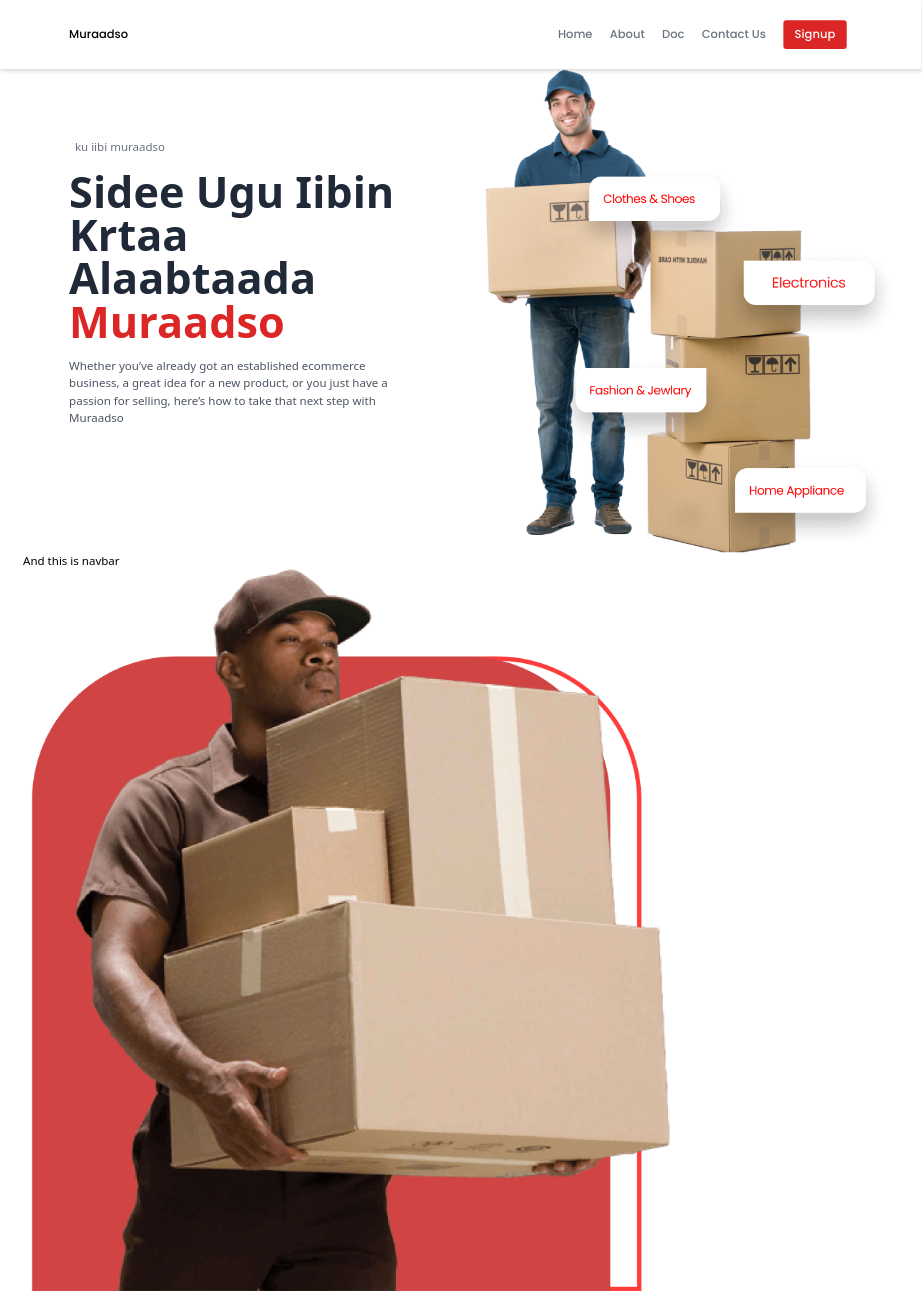
Repository: muraadso/Muraadso-Sellers
Page: /
The author's editor kept a copy of each file at every save. The page is drawn from the files as they stood at one save, then again after the next save.
The browser window is 1280 px wide. The pictures show the whole page, at 72% of full size.
The project was rebuilt for these pictures with package versions that can differ from the ones it lists, and the page was loaded fresh each time. The framework's server and built-in components were replaced by stand-ins that run in the browser. Also part of the build but not shown: next.config.js.

Above is the page before, as saved 2021-12-05 19:32:41.

### pages/_app.js
import '../styles/globals.css'
 import 'tailwindcss/tailwind.css'
import { Layout } from '../components/Layout'


function MyApp({ Component, pageProps }) {
  return (
    <Layout>
      <Component {...pageProps} />
    </Layout>
  )
}

export default MyApp

### pages/index.js
import Head from 'next/head'
import Image from 'next/image'
import Navbar from '../components/Navbar'
import Hero from '../components/Hero'
import About from '../components/About'
import styles from '../styles/Home.module.css'


export default function Home() {
  return (
    <div className={styles.container}>
      <Head>
        <title>Muraadso Sellers</title>
        <meta name="description" content="Generated by create next app" />
        <link rel="icon" href="/favicon.ico" />
      </Head>
      <Hero />
      <About />
    </div>
  )
}

### styles/globals.css
@import url('https://fonts.googleapis.com/css2?family=Lato:ital,wght@0,300;0,400;0,700;0,900;1,700&family=Poppins:wght@200;300;400;500;600;700&display=swap');
html,
body {
  padding: 0;
  margin: 0;
}

a {
  color: inherit;
  text-decoration: none;
}

* {
  box-sizing: border-box;
}


.navbar {
  box-shadow: 2px 1px 7px rgba(0, 0, 0, 0.226);
  font-family: 'Poppins', sans-serif  ;
  font-weight: 500;

}
  .logo{
    font-family: 'Lato', sans-serif;
    font-weight: 700;
    color: rgb(233, 59, 59);
    font-size: 20px ;
  }

.nav{
}





@media screen and  (max-width: 415px){
  .nav{
    display: flex;
    color: blue;
    flex-direction: row;
  }
}




@tailwind base;
@tailwind components;
@tailwind utilities

### components/Layout.js
import Navbar from "./Navbar"
import Footer from "./Footer"

export const Layout = ({children}) => {
    return (
        <div className="layout">
            <Navbar />
                {children}
            <Footer />



        </div>
    )
}

### components/Navbar.jsx
import React, { useState } from "react";
import { HiOutlineMenuAlt2, HiOutlineMenuAlt3 } from "react-icons/hi";



export default function Navbar() {
  const [showNav, setShowNav] = useState(false);

  return (
    <nav className="sticky top-0 z-20 items-center justify-between bg-white px-14 md:px-24 md:py-5 navbar md:flex">
      <div className="flex items-center justify-between">
        <a href="#">
          <h2>Muraadso</h2>
        </a>


        {showNav ? (
          <HiOutlineMenuAlt3
            onClick={() => setShowNav(!showNav)}
            className="block w-10 h-10 p-2 cursor-pointer md:hidden"
          />
        ) : (
          <HiOutlineMenuAlt2
            onClick={() => setShowNav(!showNav)}
            className="block w-10 h-10 p-2 cursor-pointer md:hidden"
          />
        )}
      </div>

      <ul
        className={
          (showNav ? "left-0" : "-left-full") +
          " md:static fixed bottom-0 md:ml-24 top-14 md:flex md:space-x-6 items-center md:bg-transparent bg-white bg-opacity-90 md:w-auto w-10/12 md:text-gray-500 text-gray-800  md:space-y-0 space-y-5 p-2 transition-left nav"
        }
      >
        <a href="#"> Home</a>
        <a href="#"> About</a>
        <a href="#"> Doc</a>
        <a href="#"> Contact Us</a>
      <a className="px-4 py-2 text-white bg-red-600 rounded" href="">Signup</a>
      </ul>
    </nav>
  );
}

























// const Navbar = () => {
//     return (
//         <div>
//      <div className="sticky top-0 z-20 items-center justify-between bg-white md:flex navbar">
//          <a className="logo" href="#">Muraadso</a>
//          <nav className="fixed bottom-0 items-center w-10/12 p-2 space-y-5 text-white bg-gray-500 md:static top-12 md:flex md:space-x-7 md:bg-transparent bg-opacity-90 md:w-auto md:text-gray-500 md:space-y-0 transition-left nav">
//              <a className="hover:text-red-600" href="">Home</a>
//              <a className="hover:text-red-600" href="">About</a>
//              <a className="hover:text-red-600" href="">Doc</a>
//              <a className="hover:text-red-600" href="">Contact Us</a>
//          </nav>
//          <a href="#" className="px-4 py-2 text-white bg-red-600 rounded hover:bg-red-700 signup ">Signup</a>
//      </div>

//         </div>
//     )
// }

// export default Navbar

### components/Hero.jsx
const Hero = () => {
    return (
        <div className="grid grid-cols-2 hero">
                <div className="px-16 py-24 herotxt">
                    <h6 className="px-2 font-medium text-gray-500">ku iibi muraadso</h6>
                    <h1 className="my-5 md:font-bold md:text-gray-800 md:capitalize lg:text-6xl">sidee ugu iibin krtaa <br /> alaabtaada <span className="md:text-red-600">muraadso </span></h1>
                    <p className="text-gray-600" >Whether you’ve already got an established ecommerce business, a great idea for a new product, or you just have a passion for selling, here’s how to take that next step with Muraadso</p>
                </div>
                <div className="heroimg">
                    <img className="w-4/4 "  src="/images/heroimage.png" alt="heroimage" />
                </div>

        </div>
    )
}

export default Hero

### components/About.jsx

const About = () => {
    return (
        <div>
            <h2>And this is navbar</h2>
            <img src="/images/aboutimage.png" className="h-" alt="about image" />
        </div>
    )
}

export default About

### components/Footer.jsx
const Footer = () => {
    return (
        <div>
        </div>
    )
}

export default Footer

### tailwind.config.js
module.exports = {
   purge: ['./pages/**/*.{js,ts,jsx,tsx}', './components/**/*.{js,ts,jsx,tsx}'],
  darkMode: false, // or 'media' or 'class'
  theme: {
    extend: {
      transitionProperty: {
         'left': 'left',
        }
    },

  },
  variants: {
    extend: {},
  },
  plugins: [],
}

Loaded but not shown: styles/Home.module.css (common file)

After the next save:
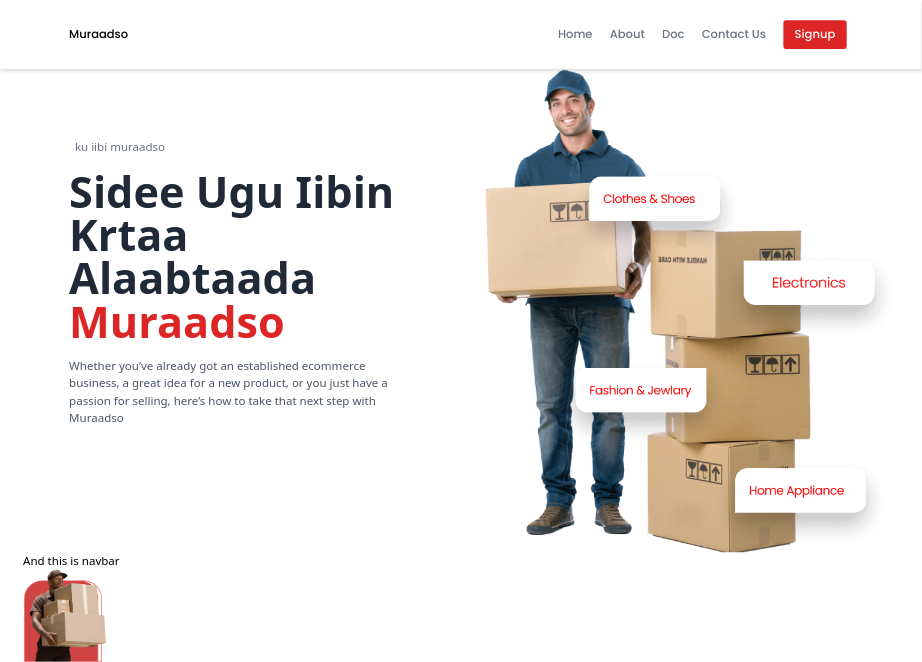
Saved 16 s later.
--- a/components/About.jsx
+++ b/components/About.jsx
@@ -3,7 +3,7 @@
     return (
         <div>
             <h2>And this is navbar</h2>
-            <img src="/images/aboutimage.png" className="h-" alt="about image" />
+            <img src="/images/aboutimage.png" className="h-32" alt="about image" />
         </div>
     )
 }

After the save that followed:
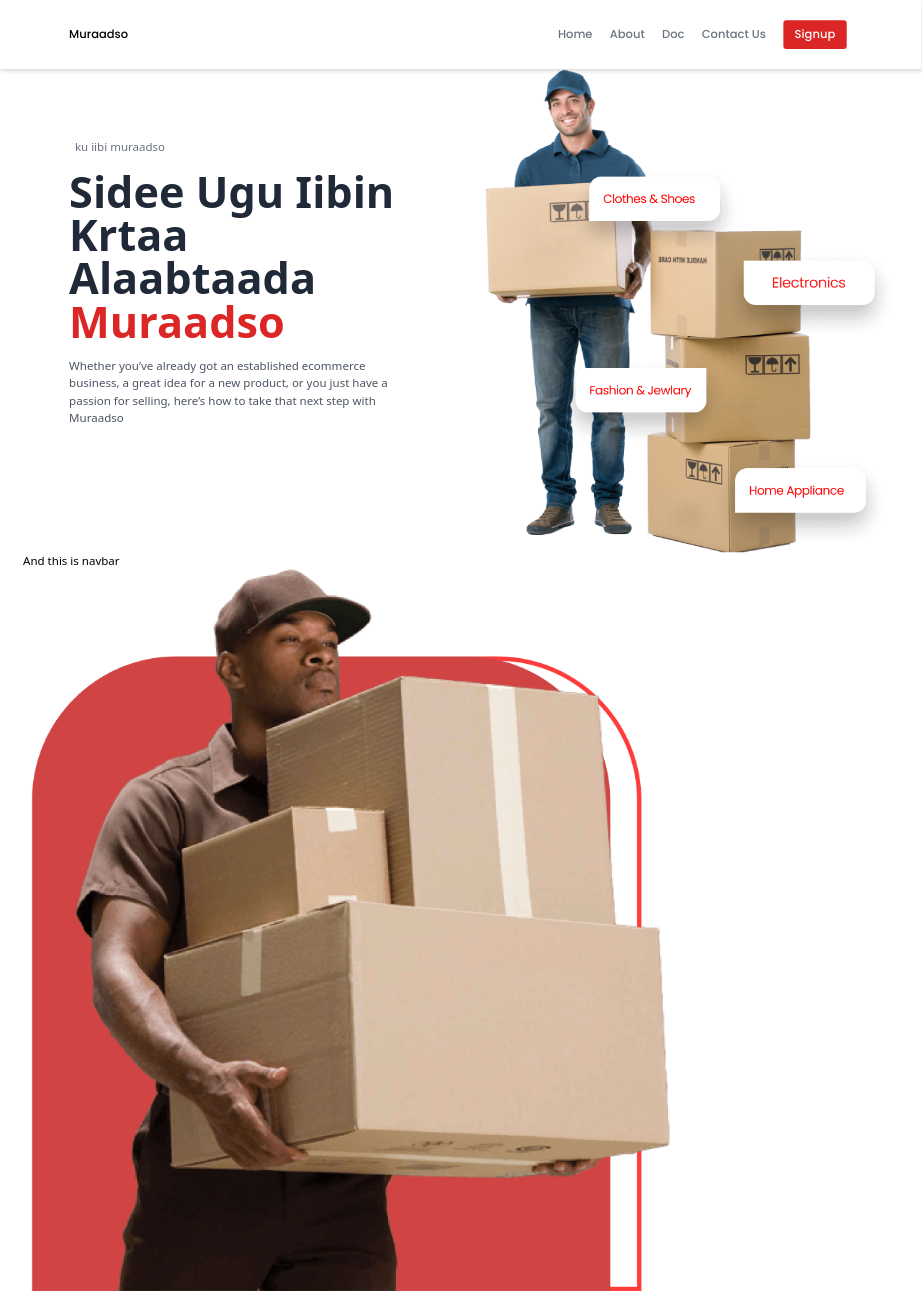
Saved 5 s later.
--- a/components/About.jsx
+++ b/components/About.jsx
@@ -3,7 +3,7 @@
     return (
         <div>
             <h2>And this is navbar</h2>
-            <img src="/images/aboutimage.png" className="h-32" alt="about image" />
+            <img src="/images/aboutimage.png" className="h-" alt="about image" />
         </div>
     )
 }
